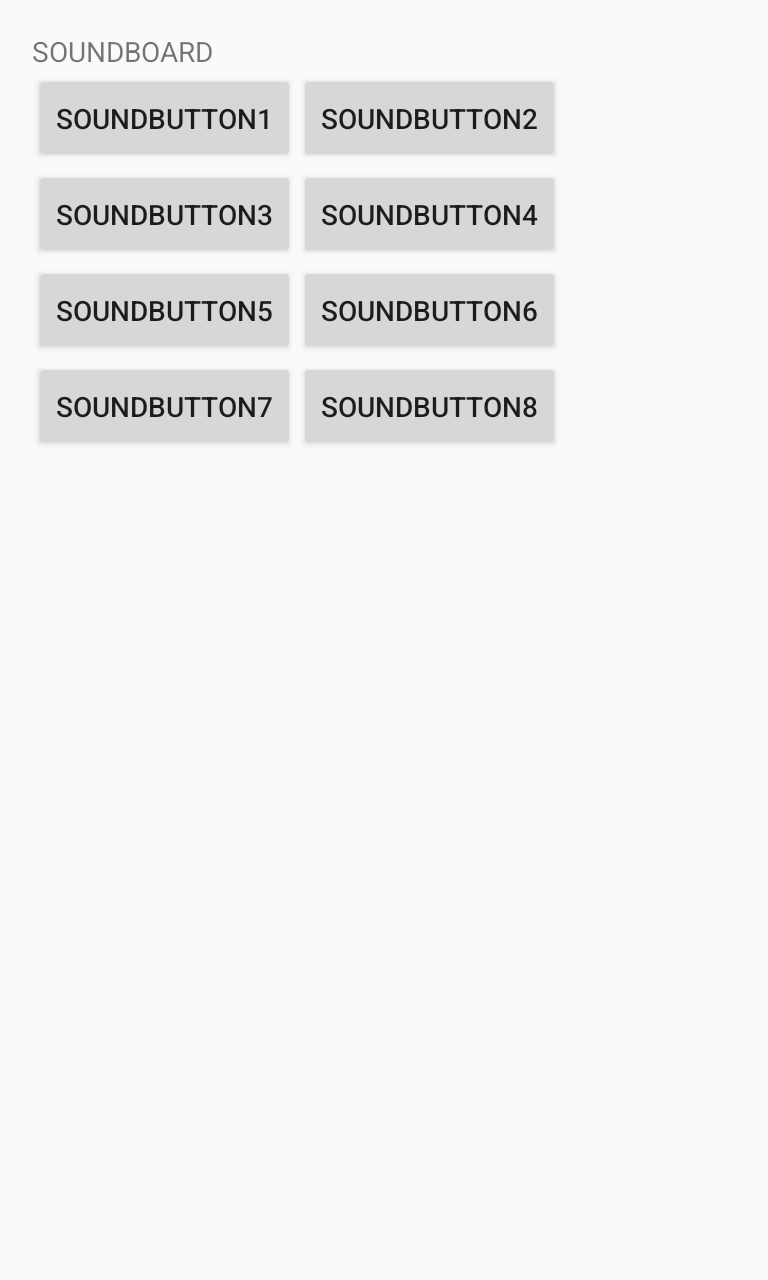
Repository: SoundBoardJAMJ/Project
Layout: workspace/soundtest/res/layout/fragment_main.xml
These files come from the project's save history. The layout is drawn as it stood at one moment and after the next save; the edit follows.
It is drawn on a 768 x 1280 px phone screen (xhdpi) without system bars, with theme AppTheme; the app's code is not run.

Above is the layout before, as saved 2014-04-28 19:46:42.

After the next save:
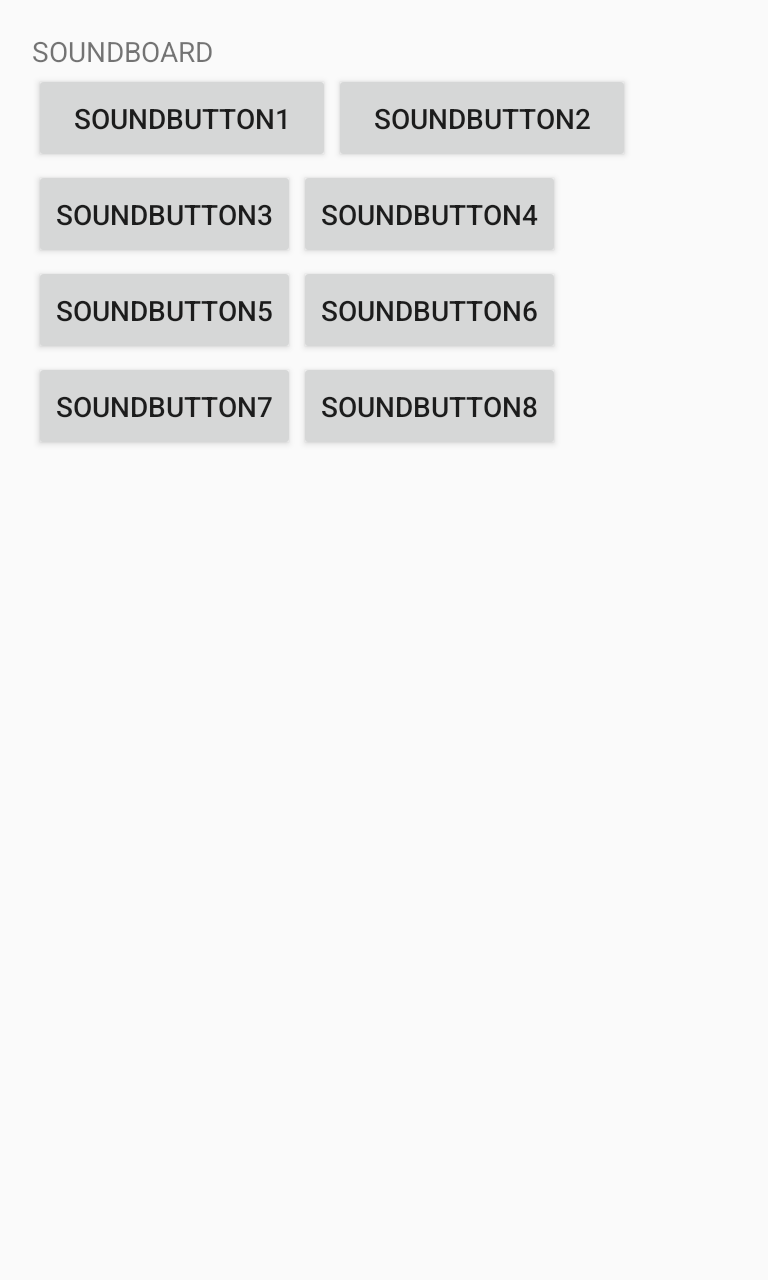
Saved 3 min 34 s later.
--- a/workspace/soundtest/res/layout/fragment_main.xml
+++ b/workspace/soundtest/res/layout/fragment_main.xml
@@ -46,7 +46,7 @@
 
     <Button
         android:id="@+id/button1"
-        android:layout_width="wrap_content"
+        android:layout_width="150"
         android:layout_height="wrap_content"
         android:layout_alignParentLeft="true"
         android:layout_below="@+id/textView1"
@@ -82,7 +82,7 @@
 
     <Button
         android:id="@+id/button2"
-        android:layout_width="wrap_content"
+        android:layout_width="150"
         android:layout_height="wrap_content"
         android:layout_above="@+id/button4"
         android:layout_toRightOf="@+id/button1"
